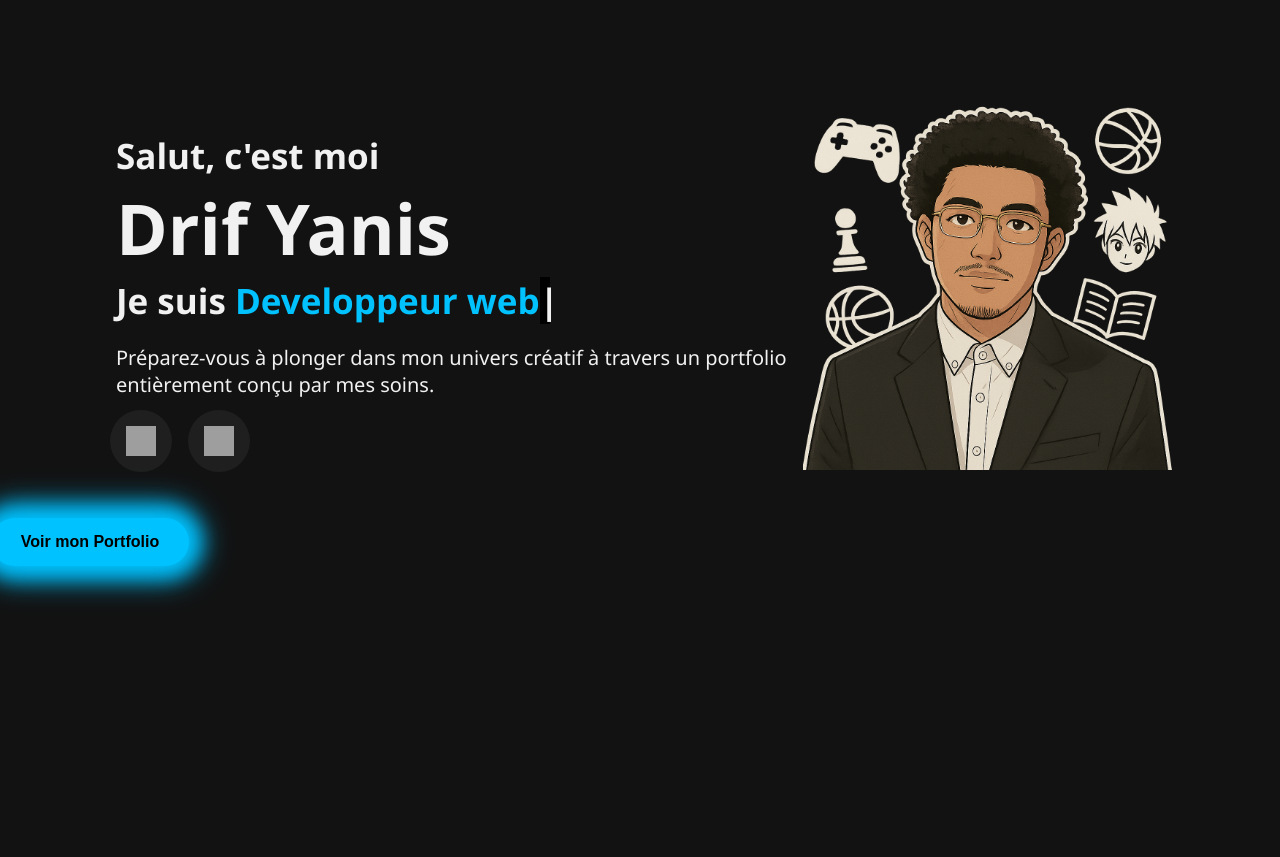
Repository: Yxniiss/ProjetCssAvance
Page: OneDrive/Bureau/Portfolio DrifYanis/index.html
The author's editor kept a copy of each file at every save. The page is drawn from the files as they stood at one save, then again after the next save.
The browser window is 1280 px wide. The pictures show the whole page.
Pictures or frames that could not be fetched are drawn as grey boxes.

Above is the page before, as saved 2025-04-10 09:52:14.

After the next save:
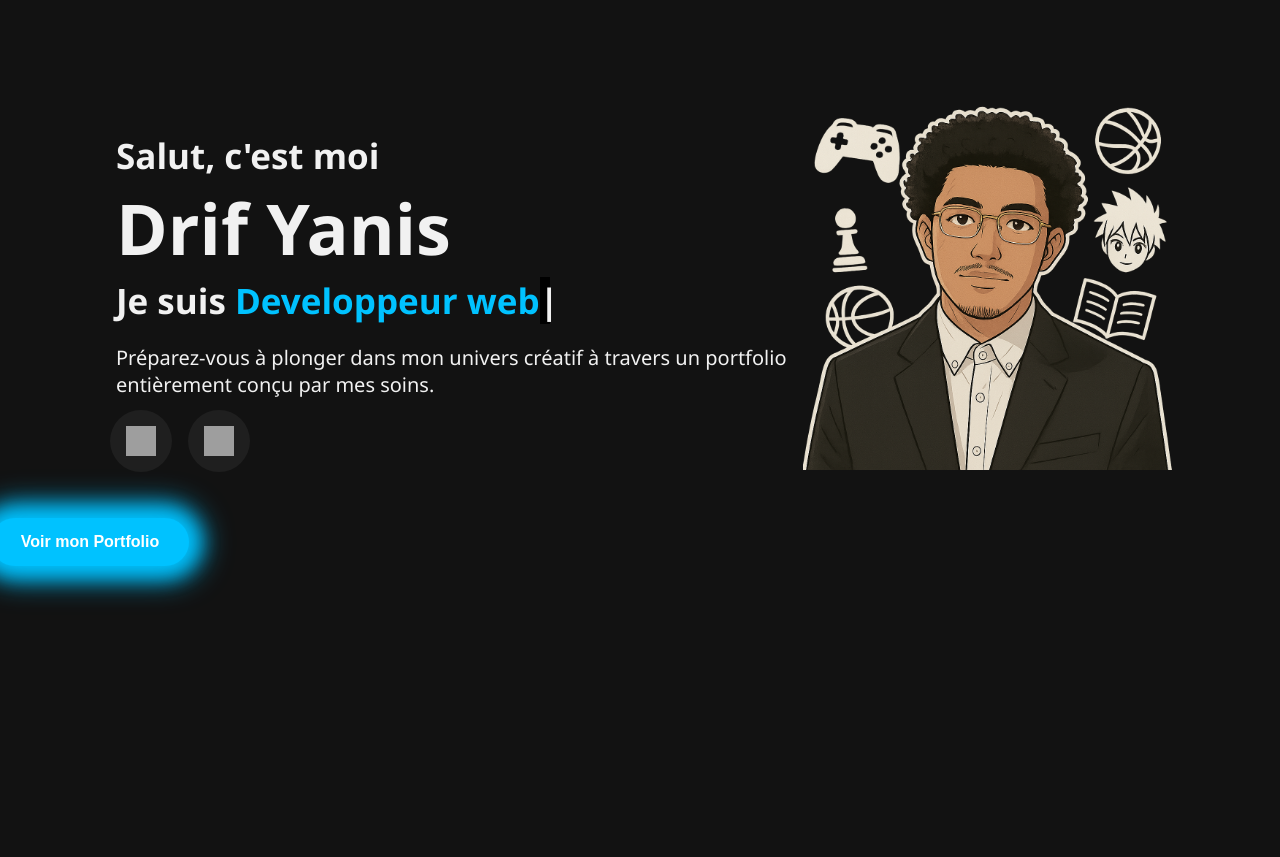
Saved 2 min 5 s later.
--- a/OneDrive/Bureau/Portfolio DrifYanis/index.html
+++ b/OneDrive/Bureau/Portfolio DrifYanis/index.html
@@ -22,7 +22,7 @@
             </div>
 
             <div class="button">
-              <button id="modern-button" class="modern-button">Voir mon Portfolio</button>
+                <button class="modern-button"><a href="/home.html">Voir mon Portfolio</button></a>
             </div>
         </div>
         <img src="/image/ChatGPT Image 9 avr. 2025, 22_22_18.png" class="image">
